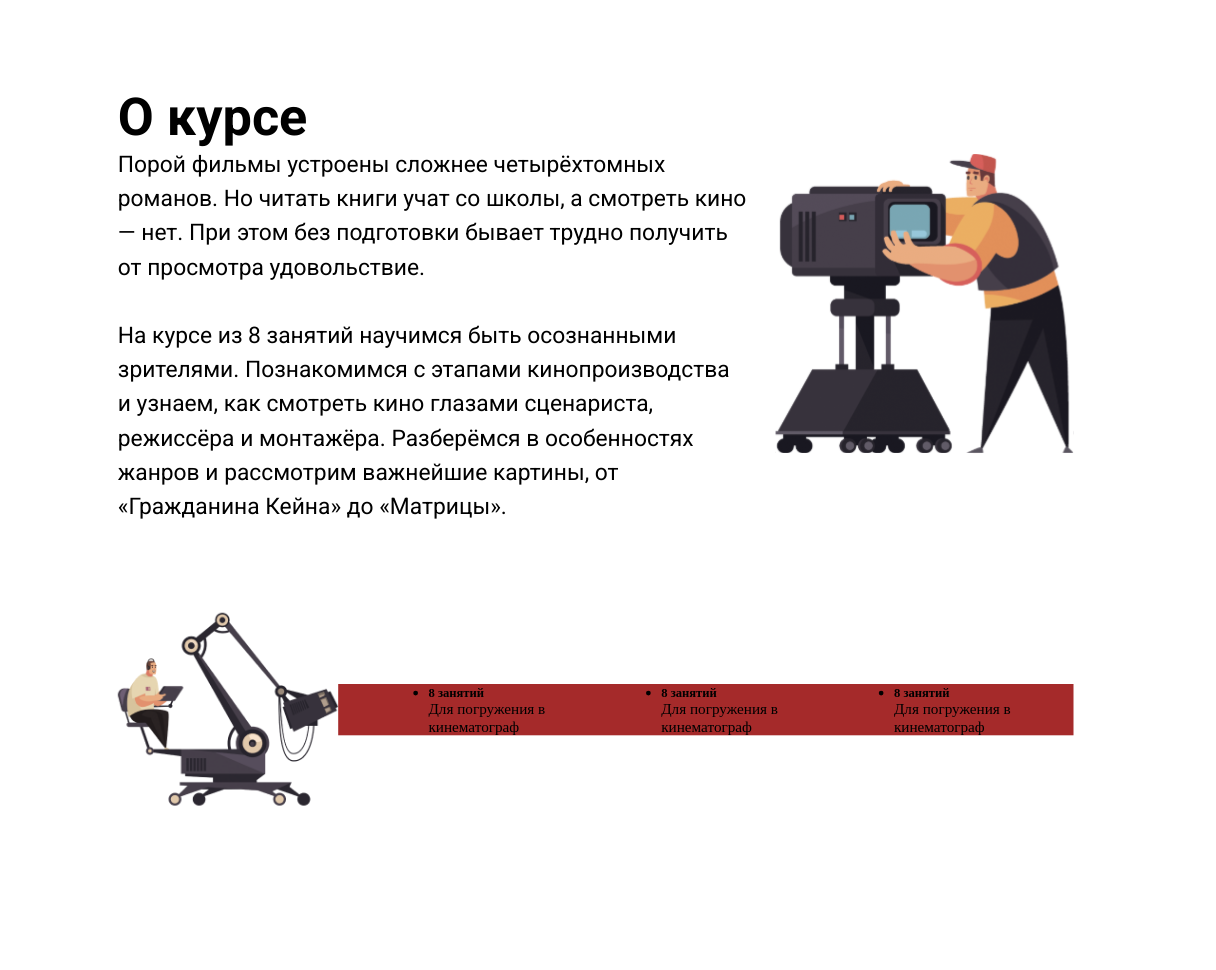
Repository: AytacSafarova/task-figma--1
Page: index.html
The author's editor kept a copy of each file at every save. The page is drawn from the files as they stood at one save, then again after the next save.
The browser window is 1280 px wide. The pictures show the whole page, at 95% of full size.

Above is the page before, as saved 2023-04-29 20:40:25.

After the next save:
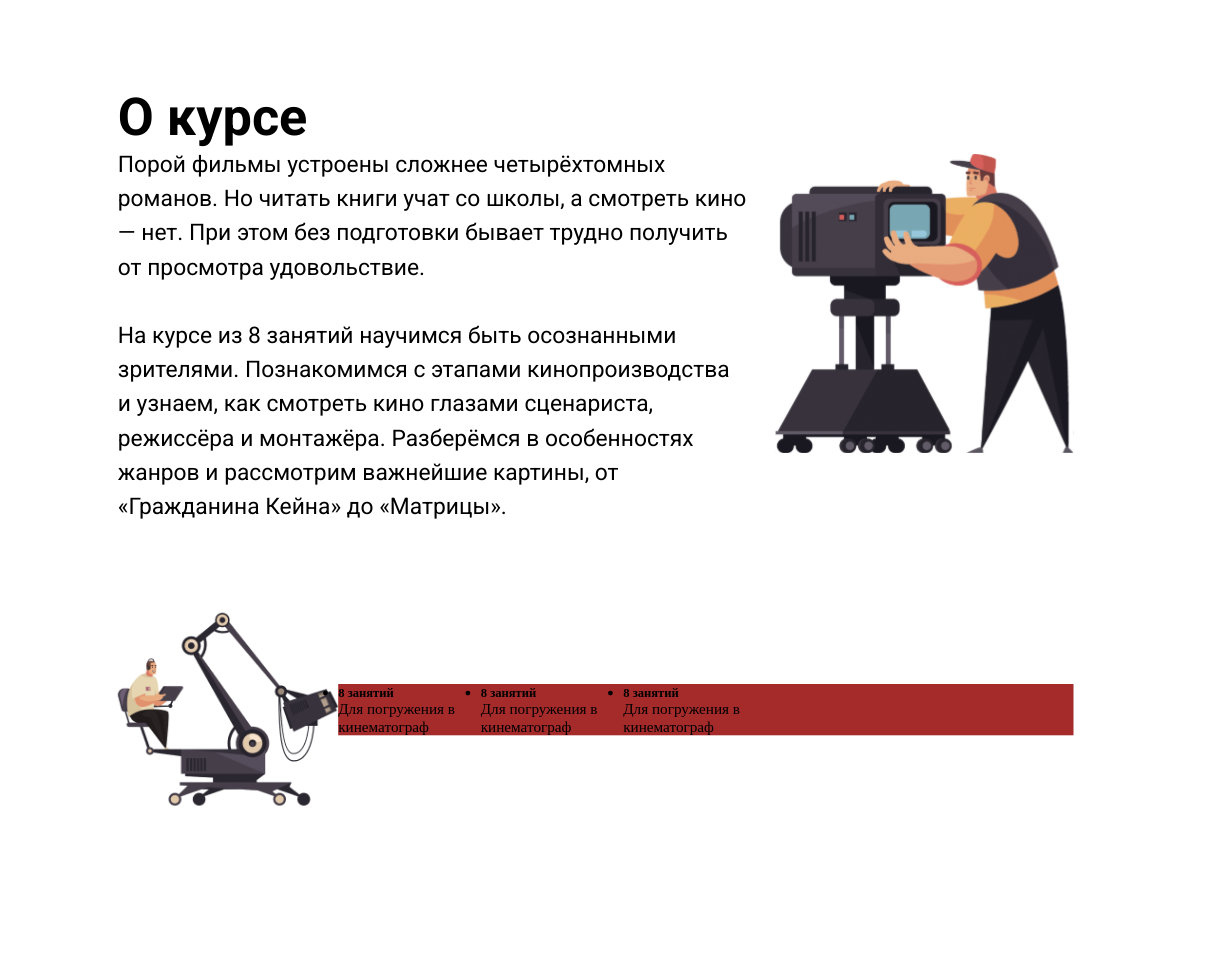
Saved 34 s later.
--- a/index.css
+++ b/index.css
@@ -49,7 +49,6 @@ ul {
 
 li {
   width: 150px;
-  margin-left: 95px;
 }
 .down img{
     width: 232px;
